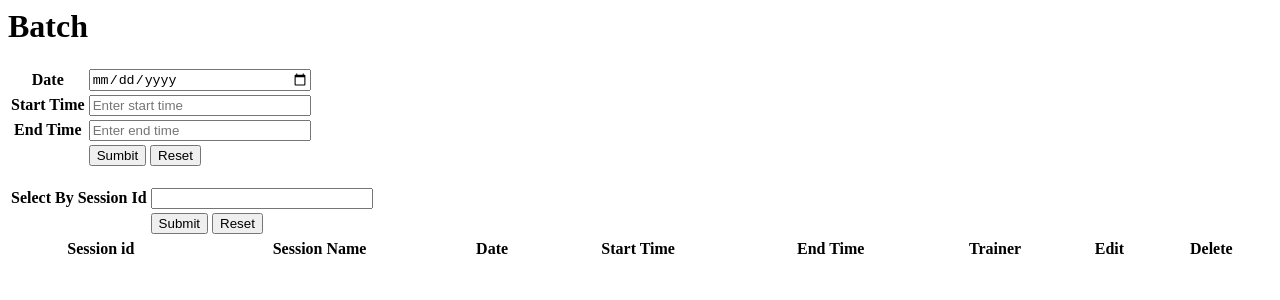
Repository: Dipak27/Dipak-s-front-end
Page: http://localhost/Traning_Management/employeecreate.jsp
The author's editor kept a copy of each file at every save. The page is drawn from the files as they stood at one save, then again after the next save.
The browser window is 1280 px wide. The pictures show the whole page.
The page is served by Tomcat 9.

Above is the page before, as saved 2016-11-10 04:22:58.

After the next save:
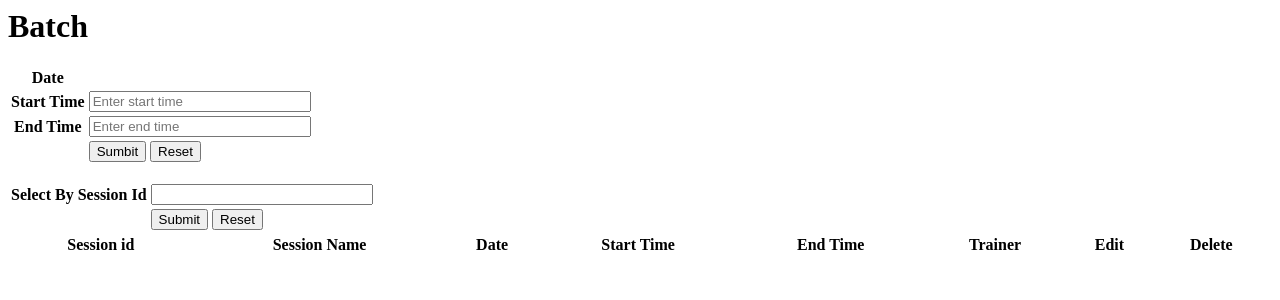
Saved 48 s later.
--- a/Training Management Project/Traning_Management/src/main/webapp/employeecreate.jsp
+++ b/Training Management Project/Traning_Management/src/main/webapp/employeecreate.jsp
@@ -19,7 +19,7 @@
 														Date
 												</th>
 												<td>
-													<input id="sessiondate" type="date"  class="validate[required]" ng-model="" style="width:120%" placeholder="Enter new email id" value=""  />
+													<input id="sessiondate" type="hidden"  class="validate[required]" ng-model="" style="width:120%" placeholder="Enter new email id" value=""  />
 												</td>
 
 											</tr>
